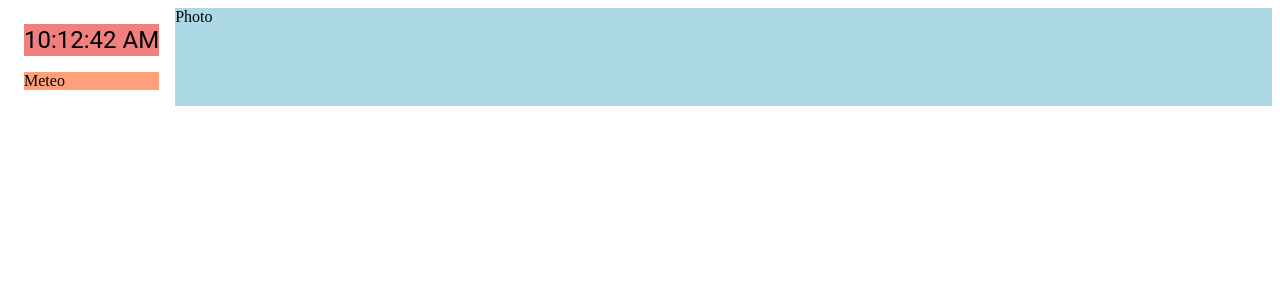
Repository: songvi/meteo
Page: /
An editor plug-in stored every save of this project. The page is shown before and after the next save, followed by the edit.
The browser window is 1280 px wide. The pictures show the whole page.
The project was rebuilt for these pictures with package versions that can differ from the ones it lists, and the page was loaded fresh each time. Also part of the build but not shown: src/App.css.

Above is the page before, as saved 2023-04-02 23:26:29.

After the next save:
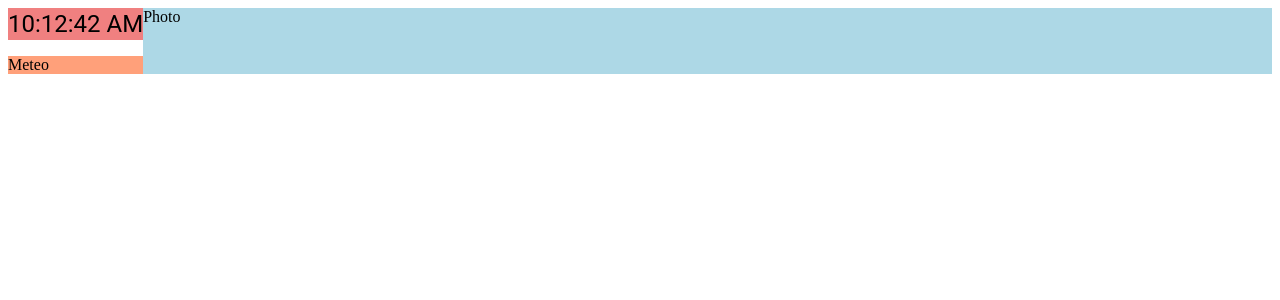
Saved 4 s later.
--- a/src/app/Navbar.tsx
+++ b/src/app/Navbar.tsx
@@ -7,7 +7,7 @@ const Navbar = () => {
     return (
         <Box>
             <Stack direction={'row'}>
-                <Stack p={2} spacing={2} direction={'column'} justifyContent={'center'}>
+                <Stack  spacing={2} direction={'column'} justifyContent={'center'}>
                     <Datetime />
                     <Meteo />
                 </Stack>
